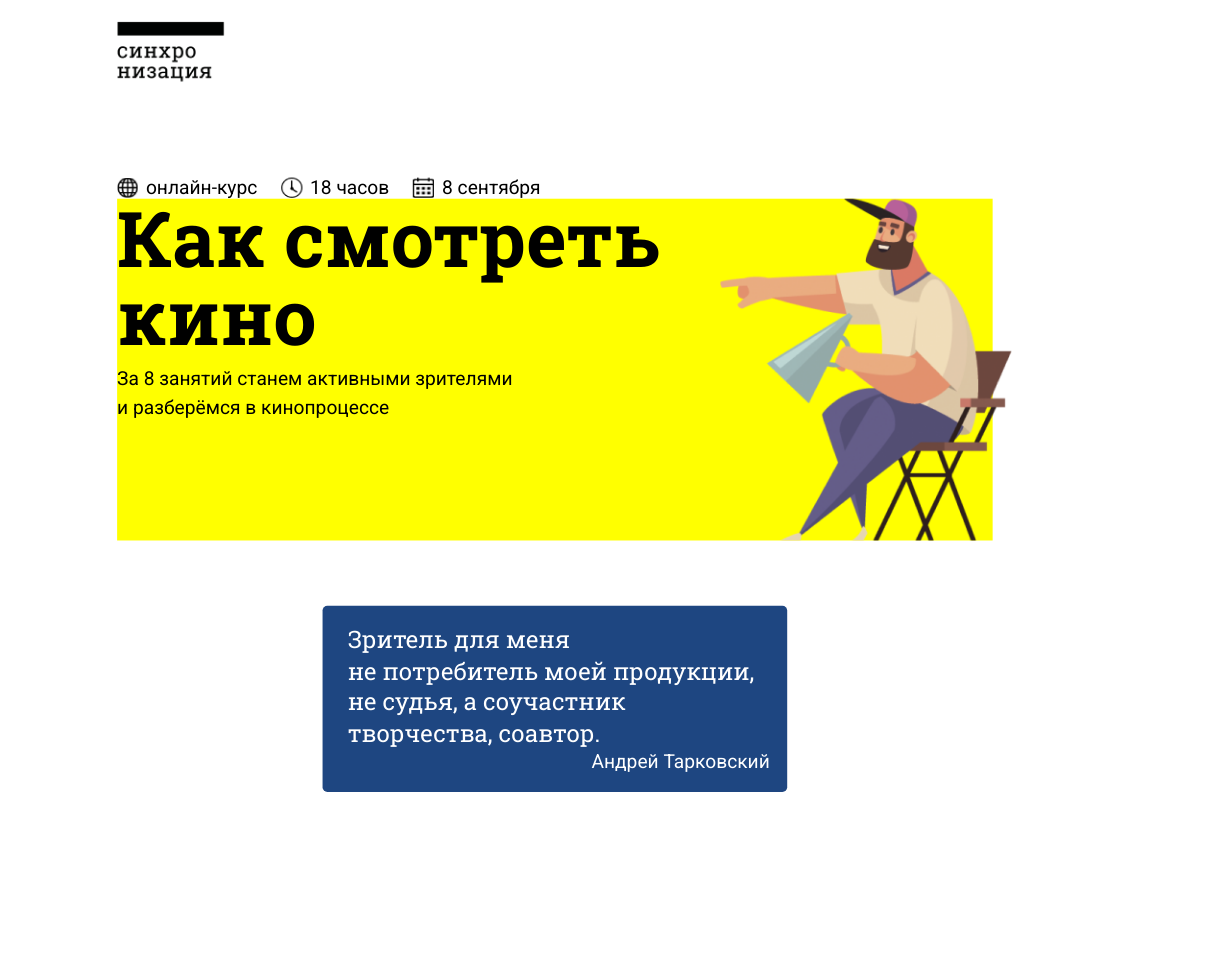
Repository: simralgasimov/task5
Page: index.html
The author's editor kept a copy of each file at every save. The page is drawn from the files as they stood at one save, then again after a run of saves.
The browser window is 1280 px wide. The pictures show the whole page, at 96% of full size.

Above is the page before, as saved 2023-08-28 13:37:55.

After the next 3 saves:
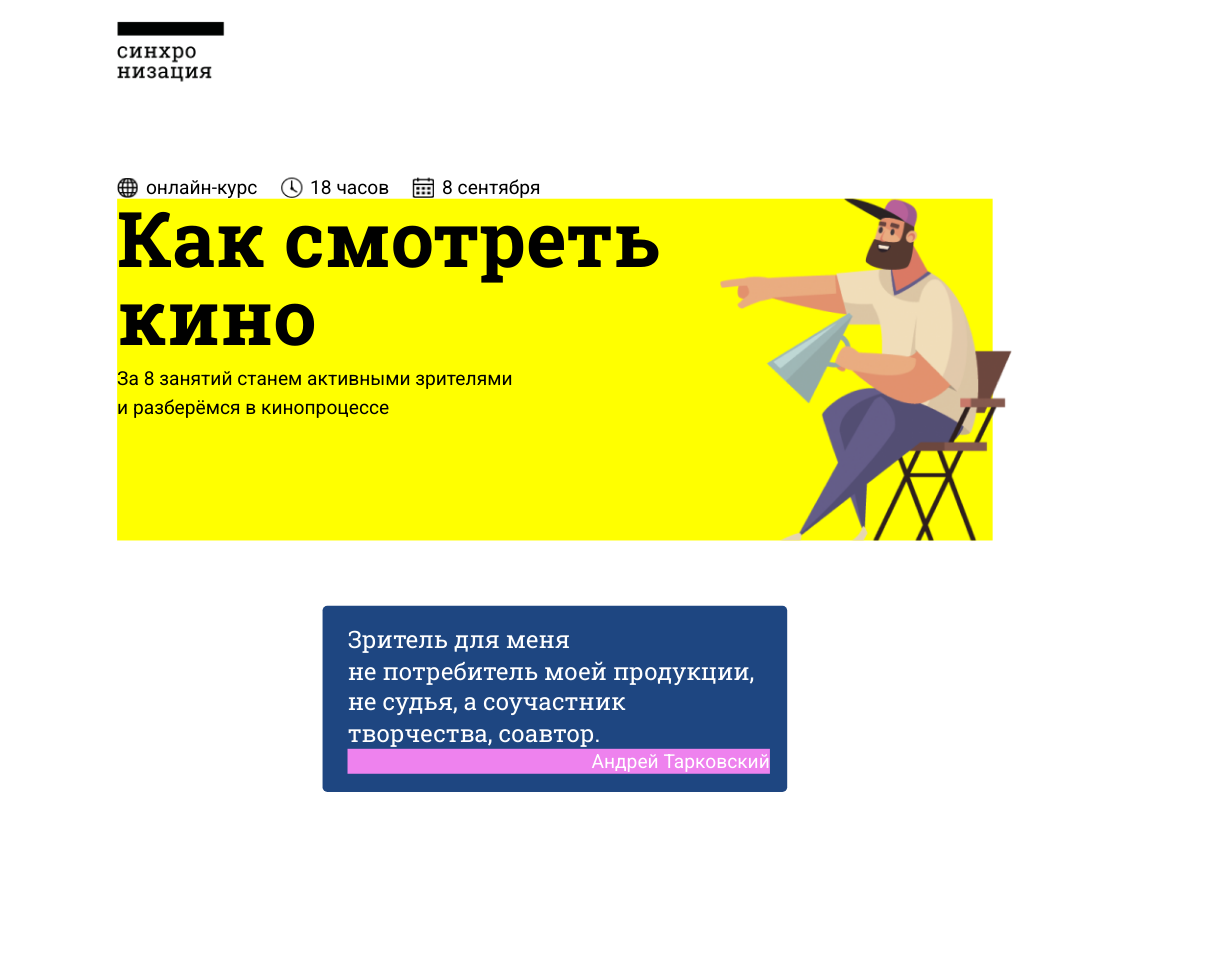
The 3 saves are shown as one change because they came seconds apart.
The last was saved 10 s later.
--- a/index.css
+++ b/index.css
@@ -112,6 +112,7 @@
 font-style: normal;
 font-weight: 400;
 line-height: 130%;
+background-color: violet;
 }
 
 /* .box2 p:nth-child(2) {

After the 3 saves that followed:
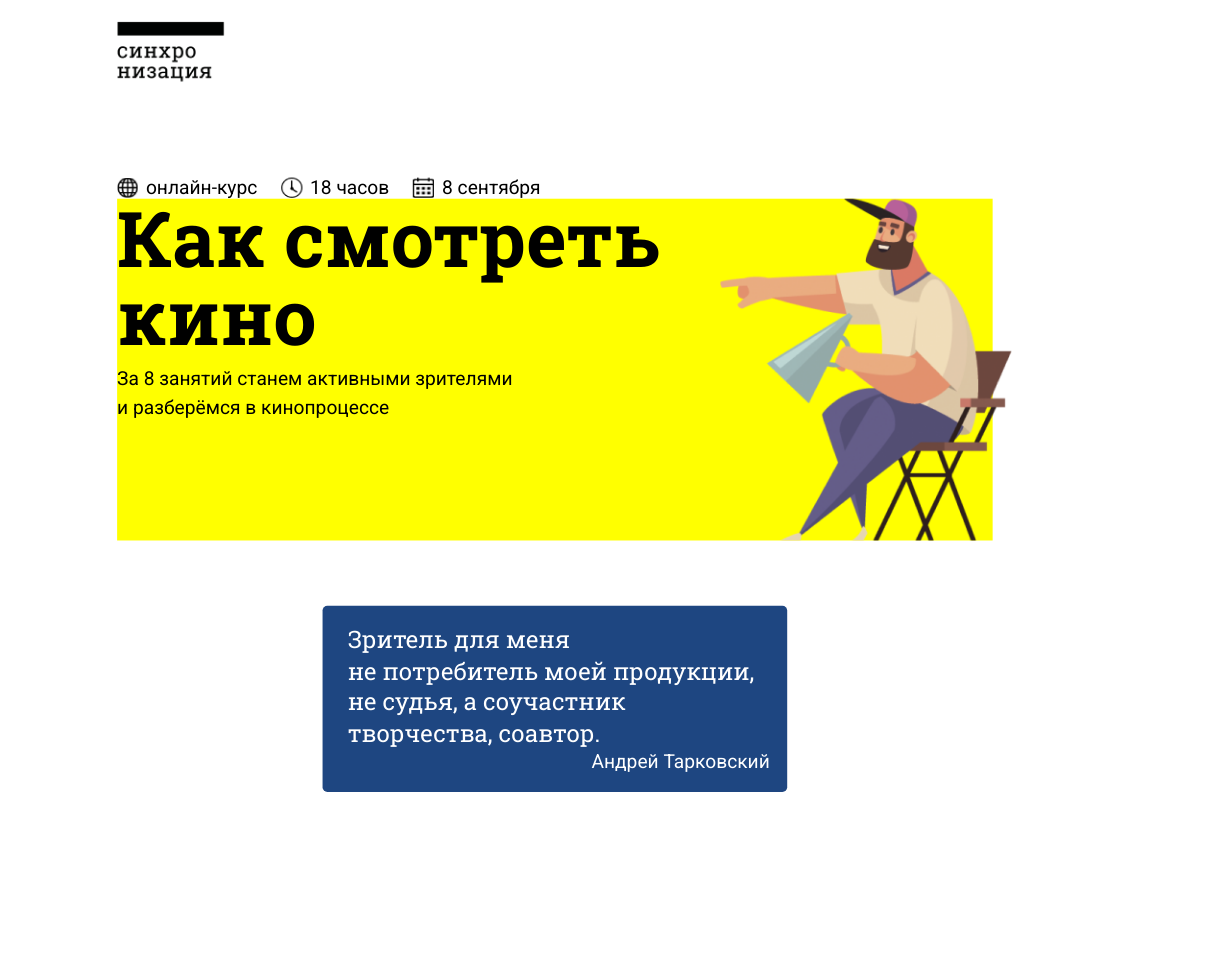
The 3 saves are shown as one change because 2 left the picture as it was.
The last was saved 71 s later.
--- a/index.css
+++ b/index.css
@@ -1,4 +1,4 @@
-@import url('https://fonts.googleapis.com/css2?family=Roboto&family=Roboto+Slab:wght@400;700&display=swap');
+@import url("https://fonts.googleapis.com/css2?family=Roboto&family=Roboto+Slab:wght@400;700&display=swap");
 
 * {
   padding: 0;
@@ -104,17 +104,12 @@
   font-weight: 400;
   line-height: 130%;
 }
-.box2 .p-2{
-  color: #FFF;
-text-align: right;
-font-family: Roboto;
-font-size: 20px;
-font-style: normal;
-font-weight: 400;
-line-height: 130%;
-background-color: violet;
+.box2 .p-2 {
+  color: #fff;
+  text-align: right;
+  font-family: Roboto;
+  font-size: 20px;
+  font-style: normal;
+  font-weight: 400;
+  line-height: 130%;
 }
-
-/* .box2 p:nth-child(2) {
-  padding-left: 200px;
-} */
